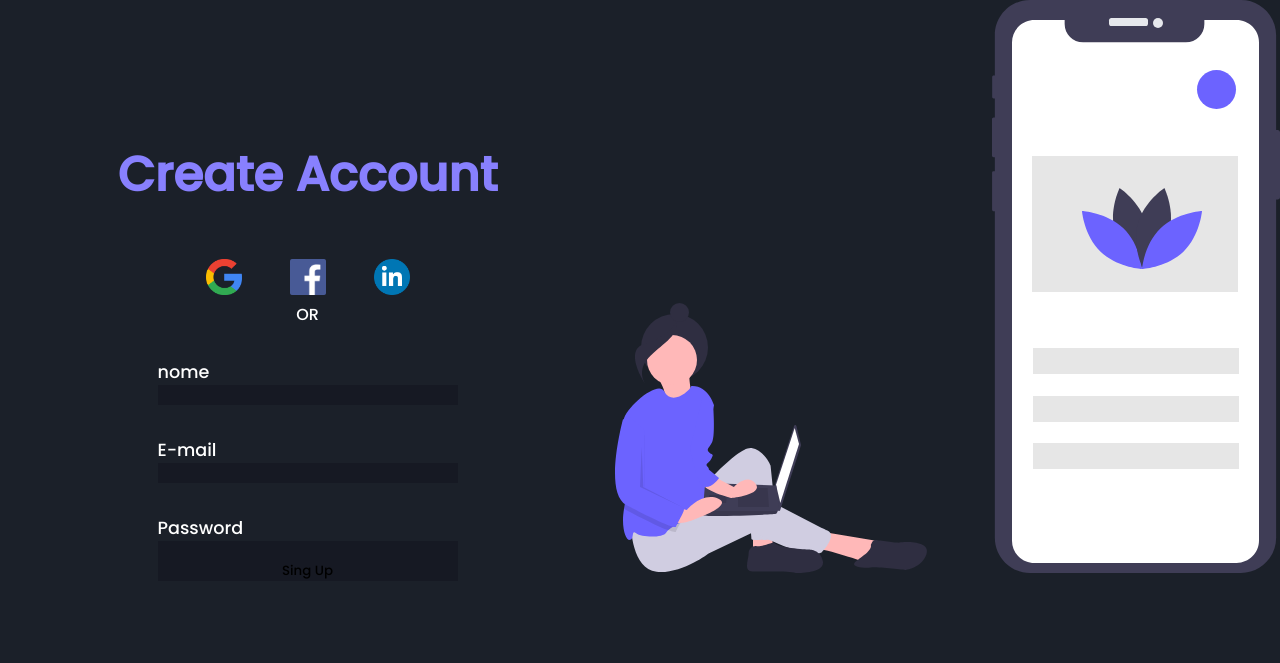
Repository: daniel-victorr/Cadastro
Page: login.html
An editor plug-in stored every save of this project. The page is shown before and after the next save, followed by the edit.
The browser window is 1280 px wide. The pictures show the whole page.

Above is the page before, as saved 2022-02-17 16:30:41.

### login.html
<!DOCTYPE html>
<html lang="en">
<head>
    <meta charset="UTF-8">
    <meta http-equiv="X-UA-Compatible" content="IE=edge">
    <meta name="viewport" content="width=device-width, initial-scale=1.0">
    <link rel="stylesheet" href="Cadastro.css">
    <title>Cadastro</title>
</head>
<body>
    <main>
        <h1> Create Account</h1>
          <div class="Social-midia">
             <a href="#">
                <img src="Fotos/google.png" alt="Google">
             </a>
             <a href="#">
                <img src="Fotos/facebook.png" alt="Facebook">
             </a>
             <a href="#">
                <img src="Fotos/linkedin.png"alt="linkedin">
             </a>
          </div>
          <div class="Alternativa">
              <span>OR</span>
          </div>
          <form action="">
              <label for="nome">
                 <span>nome</span>
                 <input type="text" id="nome" name="nome">
              </label>

              <label for="Email">
                  <span>E-mail</span>
                  <input type="text" id="Email" name="Email">
              </label>

              <label for="password">
                  <span>Password</span>
                  <input type="Password" id="Password" name="Password">
              </label>
              <input type="submit" value="Sing Up">

          </form>
    </main>
    <section clas="images">
        <img src="Fotos/mobile.svg" alt="Mobile">
        <div class="circle"></div>
    </section>

</body>
</html>

### Cadastro.css
@import url('https://fonts.googleapis.com/css2?family=Poppins:ital,wght@0,500;1,200&family=Titillium+Web:wght@200&display=swap');

*{
    margin:0;
    padding: 0;
    border: 0;
    box-sizing: border-box;
    font-family: "Poppins",sans-serif;
}

body{
    background: #1B2029;
    color: white;
    font-weight: 500;
    display: flex;
    min-height: 100vh;

}

main{
    width: 50vw;
    display: flex;
    flex-direction: column;
    align-items: center;
    justify-content: center;
}

main h1{
    color:#8880FE;
    font-size: 3rem;
    margin-bottom: 3rem;
}

main .Social-midia{
    display: flex;
    align-content: center;
}

main .Social-midia a{
    text-decoration: none;
}

main .Social-midia img{
    width: 36px;
    margin-left: 3rem;
}

main .Social-midia a:first-child img{
    margin-left: 0;
}

main form{
    display:flex;
    flex-direction: column;
    align-items: center;
}

main form label{
    display: flex;
    flex-direction: column;
}

main form label span{
    font-size: 1.1rem;
    margin-top: 2rem;

}

main form input{
    background: #161923;
    width: 300px;
    height: ;
}

After the next save:
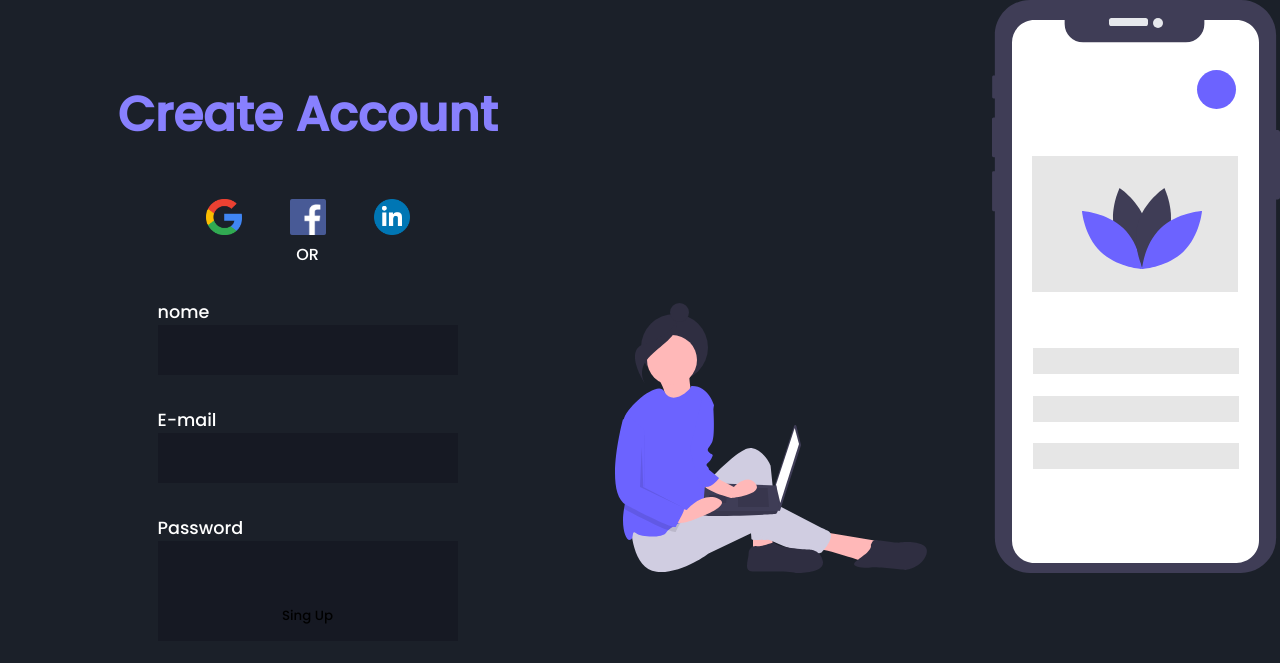
Saved 5 s later.
--- a/Cadastro.css
+++ b/Cadastro.css
@@ -69,5 +69,5 @@ main form label span{
 main form input{
     background: #161923;
     width: 300px;
-    height: ;
+    height: 50px;
 }
